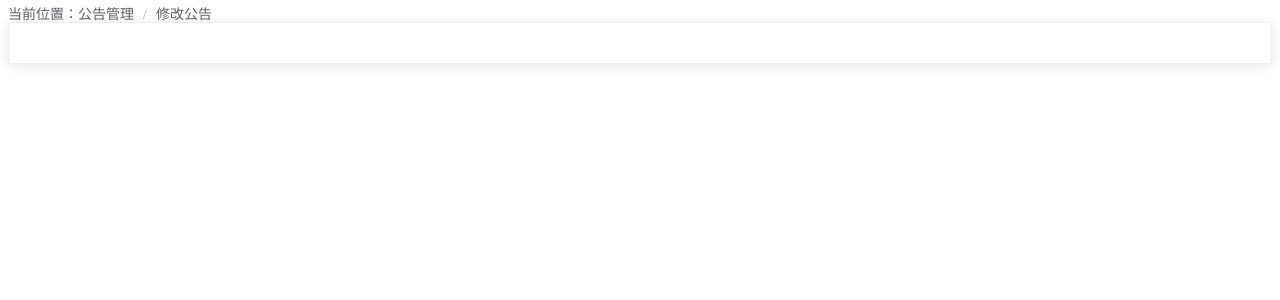
Repository: YUNjwyao/vue_hrm
Page: /#/updateNotice
These files come from the project's save history. The page is drawn as it stood at one moment and after the next save; the edit follows.
The browser window is 1280 px wide. The pictures show the whole page.
The project was rebuilt for these pictures with package versions that can differ from the ones it lists, and the page was loaded fresh each time. Also part of the build but not shown: src/components/Employee/EmployeeQuery.vue, src/components/Employee/ShowAddEmployee.vue, src/components/Employee/ShowUpdateEmployee.vue, src/components/Notice/Notice.vue.

Above is the page before, as saved 2020-10-15 21:26:10.

### src/App.vue
<template>
  <div id="app">
     <!-- 路由占位符 -->
     <router-view></router-view>
  </div>
</template>

<script>

export default {

}
</script>

<style lang="less" scoped>

</style>

### src/router/index.js
import Vue from 'vue'
import VueRouter from 'vue-router'
import EmployeeQuery from '../components/Employee/EmployeeQuery.vue'
import ShowAddEmployee from '../components/Employee/ShowAddEmployee.vue'
import ShowUpdateEmployee from '../components/Employee/ShowUpdateEmployee.vue'
import Notice from '../components/Notice/Notice.vue'
import UpdateNotice from '../components/Notice/ShowUpdateNotice.vue'

Vue.use(VueRouter)

const routes = [
 {
   path: '/employee',component: EmployeeQuery
 },
 {
   path: '/addEmployee',component: ShowAddEmployee
 },
 {
   path: '/updateEmployee',component: ShowUpdateEmployee
 },
 {
   path: '/notice',component: Notice
 },
 {
   path: '/updateNotice',component: UpdateNotice
 }
]

const router = new VueRouter({
  routes
})

export default router

### src/plugins/element.js
import Vue from 'vue'
import {
    Button,
    Breadcrumb,
    BreadcrumbItem,
    Card,
    Select,
    Option,
    Input,
    Row,
    Table,
    TableColumn,
    Pagination,
    Form,
    FormItem
} from 'element-ui'


Vue.use(Button)
Vue.use(Breadcrumb)
Vue.use(BreadcrumbItem)
Vue.use(Card)
Vue.use(Select)
Vue.use(Option)
Vue.use(Input)
Vue.use(Row)
Vue.use(Table)
Vue.use(TableColumn)
Vue.use(Pagination)
Vue.use(Form)
Vue.use(FormItem)

### src/components/Notice/ShowUpdateNotice.vue
<template>
  <div>
    <!-- 面包屑导航 -->
    <el-breadcrumb separator="/">
      <el-breadcrumb-item>当前位置：公告管理</el-breadcrumb-item>
      <el-breadcrumb-item><a href="/">修改公告</a></el-breadcrumb-item>
    </el-breadcrumb>
    <!-- 卡片区域 -->
    <el-card>

	</el-card>
  </div>
</template>

Loaded but not shown: public/index.html (common file); src/main.js (common file); src/store/index.js (common file)

After the next save:
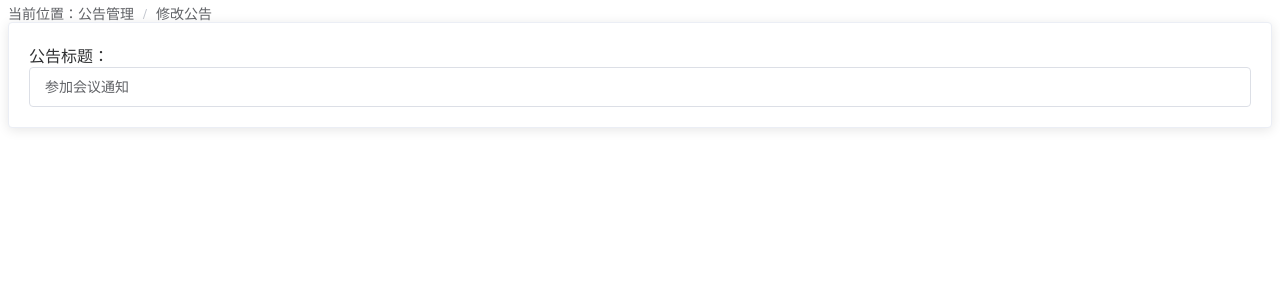
Saved 90 s later.
--- a/src/components/Notice/ShowUpdateNotice.vue
+++ b/src/components/Notice/ShowUpdateNotice.vue
@@ -7,7 +7,12 @@
     </el-breadcrumb>
     <!-- 卡片区域 -->
     <el-card>
-
+		<el-row>
+			<el-col :span="8">
+				公告标题：
+				<el-input value="参加会议通知"></el-input>
+			</el-col>
+		</el-row>
 	</el-card>
   </div>
 </template>
